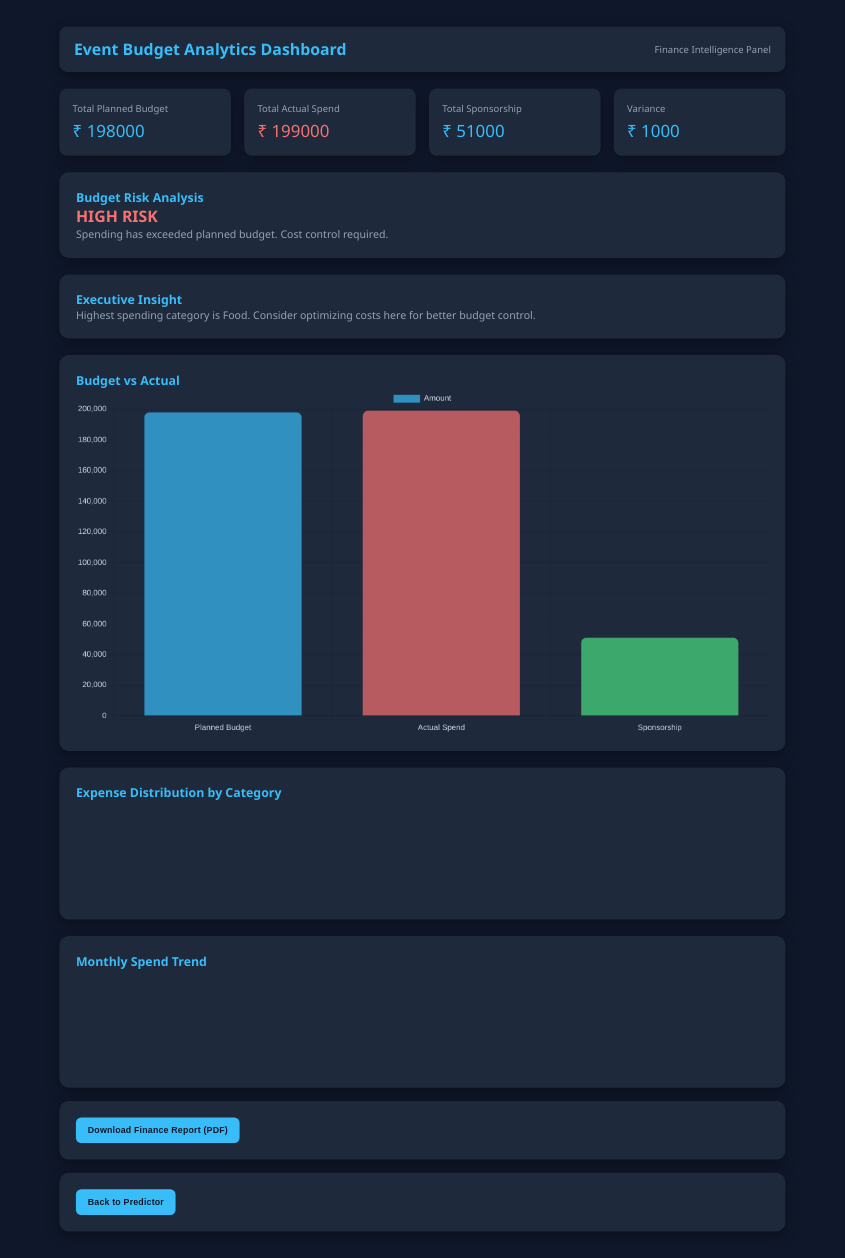
Repository: PratapOP/event-budget-analytics
Page: http://localhost/dashboard
The author's editor kept a copy of each file at every save. The page is drawn from the files as they stood at one save, then again after the next save.
The browser window is 1280 px wide. The pictures show the whole page, at 66% of full size.
The page is served by the project's application, run on Flask 3 (app.py).

Above is the page before, as saved 2026-02-21 05:19:00.
Console error: ReferenceError: categoryLabels is not defined

### data/event_data.csv
Date,Category,Planned,Actual,Sponsorship
2026-01-01,Marketing,15000,18000,5000
2026-01-02,Logistics,12000,10000,0
2026-01-03,Food,20000,22000,3000
2026-01-04,Venue,30000,28000,10000
2026-01-05,Marketing,15000,13000,4000
2026-01-06,Logistics,10000,11000,2000
2026-01-07,Food,22000,25000,5000
2026-01-08,Venue,35000,33000,12000
2026-01-09,Marketing,18000,20000,6000
2026-01-10,Food,21000,19000,4000

### templates/dashboard.html
<!DOCTYPE html>
<html>
<head>
    <title>Event Budget Analytics Dashboard</title>
    <link rel="stylesheet" href="{{ url_for('static', filename='css/style.css') }}">
</head>

<body>

    <div class="container">

        <div class="top-bar">
        <div class="title">Event Budget Analytics Dashboard</div>
        <div class="subtitle">Finance Intelligence Panel</div>
    </div>

    <!-- KPI SECTION -->
    <div class="kpi-grid">

        <div class="kpi-card">
            <div class="kpi-title">Total Planned Budget</div>
            <div class="kpi-value">₹ {{ planned }}</div>
        </div>

        <div class="kpi-card">
            <div class="kpi-title">Total Actual Spend</div>
            <div class="kpi-value" style="color:#f87171;">
            ₹ {{ actual }}
        </div>
        </div>

        <div class="kpi-card">
            <div class="kpi-title">Total Sponsorship</div>
            <div class="kpi-value">₹ {{ sponsorship }}</div>
        </div>

        <div class="kpi-card">
            <div class="kpi-title">Variance</div>
            <div class="kpi-value">₹ {{ variance }}</div>
        </div>

    </div>

    <!-- RISK PANEL -->
    <div class="card" style="margin-top:25px;">
        <h3 style="color:#38bdf8;">Budget Risk Analysis</h3>
        <h2 style="color: {{ risk_color }};">{{ risk_status }}</h2>
        <p style="color:#94a3b8;">{{ insight }}</p>
    </div>

    <!-- EXECUTIVE INSIGHT -->
    <div class="card" style="margin-top:25px;">
        <h3 style="color:#38bdf8;">Executive Insight</h3>
        <p style="color:#94a3b8;">{{ executive_insight }}</p>
    </div>

    <!-- BAR CHART -->
    <div class="card" style="margin-top:25px;">
        <h3 style="color:#38bdf8;">Budget vs Actual</h3>
        <canvas id="budgetChart"></canvas>
    </div>

    <!-- PIE CHART -->
    <div class="card" style="margin-top:25px;">
        <h3 style="color:#38bdf8;">Expense Distribution by Category</h3>
        <canvas id="categoryChart"></canvas>
    </div>

    <!-- TREND CHART -->
    <div class="card" style="margin-top:25px;">
        <h3 style="color:#38bdf8;">Monthly Spend Trend</h3>
        <canvas id="trendChart"></canvas>
    </div>

    <div class="card">
        <a href="/download-report">
            <button>Download Finance Report (PDF)</button>
        </a>
    </div>

    <div class="card">
        <a href="/"><button>Back to Predictor</button></a>
    </div>

</div>

<script src="https://cdn.jsdelivr.net/npm/chart.js"></script>
<script src="{{ url_for('static', filename='js/dashboard.js') }}"></script>

<script>
const categoryLabels = {{ category_labels | tojson }};
const categoryValues = {{ category_values | tojson }};
const monthLabels = {{ month_labels | tojson }};
const monthValues = {{ month_values | tojson }};
</script>

</body>
</html>

### app.py
from flask import Flask, render_template, request, jsonify
import pandas as pd
import pickle
from flask import send_file
from reportlab.pdfgen import canvas
import io

app = Flask(__name__)

# Load trained ML model
model = pickle.load(open("model/budget_model.pkl", "rb"))


# ===============================
# HOME PAGE
# ===============================
@app.route("/")
def index():
    return render_template("index.html")


# ===============================
# DASHBOARD PAGE
# ===============================
@app.route("/dashboard")
def dashboard():

    # Load finance data
    df = pd.read_csv("data/event_data.csv")

    # Convert date column
    df["Date"] = pd.to_datetime(df["Date"])

    # ===============================
    # CATEGORY ANALYSIS
    # ===============================
    category_summary = df.groupby("Category")["Actual"].sum()

    category_labels = category_summary.index.tolist()
    category_values = category_summary.values.tolist()

    # ===============================
    # MONTHLY TREND ANALYSIS
    # ===============================
    df["Month"] = df["Date"].dt.strftime("%b")

    monthly_summary = df.groupby("Month")["Actual"].sum()

    month_labels = monthly_summary.index.tolist()
    month_values = monthly_summary.values.tolist()

    # ===============================
    # KPI CALCULATIONS
    # ===============================
    total_planned = df["Planned"].sum()
    total_actual = df["Actual"].sum()
    total_sponsorship = df["Sponsorship"].sum()

    variance = total_actual - total_planned

    # ===============================
    # RISK ANALYSIS
    # ===============================
    if variance > 0:
        risk_status = "HIGH RISK"
        risk_color = "#f87171"
        insight = "Spending has exceeded planned budget. Cost control required."
    else:
        risk_status = "SAFE"
        risk_color = "#4ade80"
        insight = "Spending is within planned limits. Budget is under control."

    # ===============================
    # EXECUTIVE INSIGHT
    # ===============================
    top_category = category_summary.idxmax()

    executive_insight = (
        f"Highest spending category is {top_category}. "
        f"Consider optimizing costs here for better budget control."
    )

    # ===============================
    # RENDER DASHBOARD
    # ===============================
    return render_template(
        "dashboard.html",
        planned=total_planned,
        actual=total_actual,
        sponsorship=total_sponsorship,
        variance=variance,
        risk_status=risk_status,
        risk_color=risk_color,
        insight=insight,
        category_labels=category_labels,
        category_values=category_values,
        month_labels=month_labels,
        month_values=month_values,
        executive_insight=executive_insight
    )
# ===============================
# DOWNLOAD FINANCE REPORT (PDF)
# ===============================
@app.route("/download-report")
def download_report():

    df = pd.read_csv("data/event_data.csv")

    total_planned = df["Planned"].sum()
    total_actual = df["Actual"].sum()
    total_sponsorship = df["Sponsorship"].sum()
    variance = total_actual - total_planned

    category_summary = df.groupby("Category")["Actual"].sum()
    top_category = category_summary.idxmax()

    # Create PDF in memory
    buffer = io.BytesIO()
    p = canvas.Canvas(buffer)

    # Title
    p.setFont("Helvetica-Bold", 16)
    p.drawString(50, 800, "Event Budget Analytics Report")

    p.setFont("Helvetica", 12)

    y = 760
    p.drawString(50, y, f"Total Planned Budget: ₹ {total_planned}")
    y -= 25
    p.drawString(50, y, f"Total Actual Spend: ₹ {total_actual}")
    y -= 25
    p.drawString(50, y, f"Total Sponsorship: ₹ {total_sponsorship}")
    y -= 25
    p.drawString(50, y, f"Variance: ₹ {variance}")
    y -= 35

    if variance > 0:
        risk = "HIGH RISK"
    else:
        risk = "SAFE"

    p.drawString(50, y, f"Risk Status: {risk}")
    y -= 25

    p.drawString(
        50,
        y,
        f"Executive Insight: Highest spending category is {top_category}"
    )

    p.showPage()
    p.save()

    buffer.seek(0)

    return send_file(
        buffer,
        as_attachment=True,
        download_name="finance_report.pdf",
        mimetype="application/pdf"
    )

# ===============================
# ML PREDICTION API
# ===============================
@app.route("/predict", methods=["POST"])
def predict():

    data = request.json

    planned = float(data["planned"])
    actual = float(data["actual"])
    sponsorship = float(data["sponsorship"])

    prediction = model.predict([[planned, actual, sponsorship]])

    return jsonify({
        "over_budget": int(prediction[0])
    })


# ===============================
# RUN APP
# ===============================
if __name__ == "__main__":
    app.run(debug=True)

### static/css/style.css
/* ===== GLOBAL STYLES ===== */

* {
    margin: 0;
    padding: 0;
    box-sizing: border-box;
}

body {
    font-family: "Segoe UI", sans-serif;
    background: #0f172a;
    color: #e2e8f0;
    min-height: 100vh;
}

/* ===== MAIN CONTAINER ===== */

.container {
    width: 90%;
    max-width: 1100px;
    margin: 40px auto;
}

/* ===== HEADER ===== */

h1 {
    font-size: 2rem;
    margin-bottom: 20px;
    color: #38bdf8;
}

/* ===== CARD STYLE ===== */

.card {
    background: #1e293b;
    padding: 25px;
    border-radius: 14px;
    box-shadow: 0 6px 20px rgba(0,0,0,0.35);
    margin-bottom: 20px;
    transition: transform 0.25s ease;
}

.card:hover {
    transform: translateY(-4px);
}

/* ===== INPUTS ===== */

input {
    width: 100%;
    padding: 12px;
    margin: 10px 0;
    border: none;
    border-radius: 8px;
    background: #334155;
    color: white;
    font-size: 15px;
}

input:focus {
    outline: 2px solid #38bdf8;
}

/* ===== BUTTONS ===== */

button {
    background: #38bdf8;
    color: #0f172a;
    border: none;
    padding: 12px 18px;
    border-radius: 8px;
    font-weight: bold;
    cursor: pointer;
    transition: all 0.25s ease;
}

button:hover {
    background: #0ea5e9;
    transform: scale(1.03);
}

/* ===== RESULT TEXT ===== */

#result {
    margin-top: 15px;
    font-size: 1.1rem;
    font-weight: bold;
}

/* ===== KPI GRID (FOR DASHBOARD LATER) ===== */

.kpi-grid {
    display: grid;
    grid-template-columns: repeat(auto-fit, minmax(220px, 1fr));
    gap: 20px;
}

.kpi-card {
    background: #1e293b;
    padding: 20px;
    border-radius: 12px;
    box-shadow: 0 6px 18px rgba(0,0,0,0.3);
}

.kpi-title {
    font-size: 0.9rem;
    color: #94a3b8;
}

.kpi-value {
    font-size: 1.6rem;
    margin-top: 8px;
    color: #38bdf8;
}

/* ===== SMOOTH PAGE FADE ===== */

body {
    animation: fadeIn 0.6s ease-in;
}

@keyframes fadeIn {
    from {
        opacity: 0;
        transform: translateY(8px);
    }
    to {
        opacity: 1;
        transform: translateY(0);
    }
}

/* ===== KPI ADVANCED EFFECT ===== */

.kpi-card {
    position: relative;
    overflow: hidden;
    transition: all 0.25s ease;
}

.kpi-card::before {
    content: "";
    position: absolute;
    top: 0;
    left: -100%;
    width: 100%;
    height: 3px;
    background: #38bdf8;
    transition: left 0.35s ease;
}

.kpi-card:hover::before {
    left: 0;
}

.kpi-card:hover {
    transform: translateY(-6px);
    box-shadow: 0 10px 24px rgba(0,0,0,0.45);
}

/* ===== BUTTON POLISH ===== */

button {
    letter-spacing: 0.3px;
}

/* ===== RESULT ANIMATION ===== */

#result {
    transition: all 0.25s ease;
}

/* ===== EXECUTIVE HEADER ===== */

.top-bar {
    display: flex;
    justify-content: space-between;
    align-items: center;
    margin-bottom: 25px;
    padding: 18px 22px;
    background: #1e293b;
    border-radius: 12px;
    box-shadow: 0 6px 18px rgba(0,0,0,0.35);
}

.title {
    font-size: 1.5rem;
    font-weight: 700;
    color: #38bdf8;
}

.subtitle {
    font-size: 0.9rem;
    color: #94a3b8;
}

### static/js/dashboard.js
// ===============================
// BUDGET VS ACTUAL BAR CHART
// ===============================
const budgetCtx = document.getElementById("budgetChart");

new Chart(budgetCtx, {
    type: "bar",
    data: {
        labels: ["Planned Budget", "Actual Spend", "Sponsorship"],
        datasets: [{
            label: "Amount",
            data: [
                parseFloat(document.querySelectorAll(".kpi-value")[0].innerText.replace("₹","")),
                parseFloat(document.querySelectorAll(".kpi-value")[1].innerText.replace("₹","")),
                parseFloat(document.querySelectorAll(".kpi-value")[2].innerText.replace("₹",""))
            ],
            backgroundColor: [
                "rgba(56,189,248,0.7)",
                "rgba(248,113,113,0.7)",
                "rgba(74,222,128,0.7)"
            ],
            borderRadius: 8
        }]
    },
    options: {
        plugins: {
            legend: {
                labels: { color: "#e2e8f0" }
            }
        },
        scales: {
            x: { ticks: { color: "#cbd5e1" } },
            y: { ticks: { color: "#cbd5e1" } }
        }
    }
});


// ===============================
// CATEGORY PIE CHART
// ===============================
const categoryCtx = document.getElementById("categoryChart");

new Chart(categoryCtx, {
    type: "pie",
    data: {
        labels: categoryLabels,
        datasets: [{
            data: categoryValues,
            backgroundColor: [
                "#38bdf8",
                "#f87171",
                "#4ade80",
                "#fbbf24",
                "#a78bfa",
                "#fb7185"
            ]
        }]
    },
    options: {
        plugins: {
            legend: {
                labels: { color: "#e2e8f0" }
            }
        }
    }
});


// ===============================
// MONTHLY TREND LINE CHART
// ===============================
const trendCtx = document.getElementById("trendChart");

new Chart(trendCtx, {
    type: "line",
    data: {
        labels: monthLabels,
        datasets: [{
            label: "Monthly Spend",
            data: monthValues,
            borderColor: "#38bdf8",
            backgroundColor: "rgba(56,189,248,0.2)",
            fill: true,
            tension: 0.3
        }]
    },
    options: {
        plugins: {
            legend: {
                labels: { color: "#e2e8f0" }
            }
        },
        scales: {
            x: { ticks: { color: "#cbd5e1" } },
            y: { ticks: { color: "#cbd5e1" } }
        }
    }
});

After the next save:
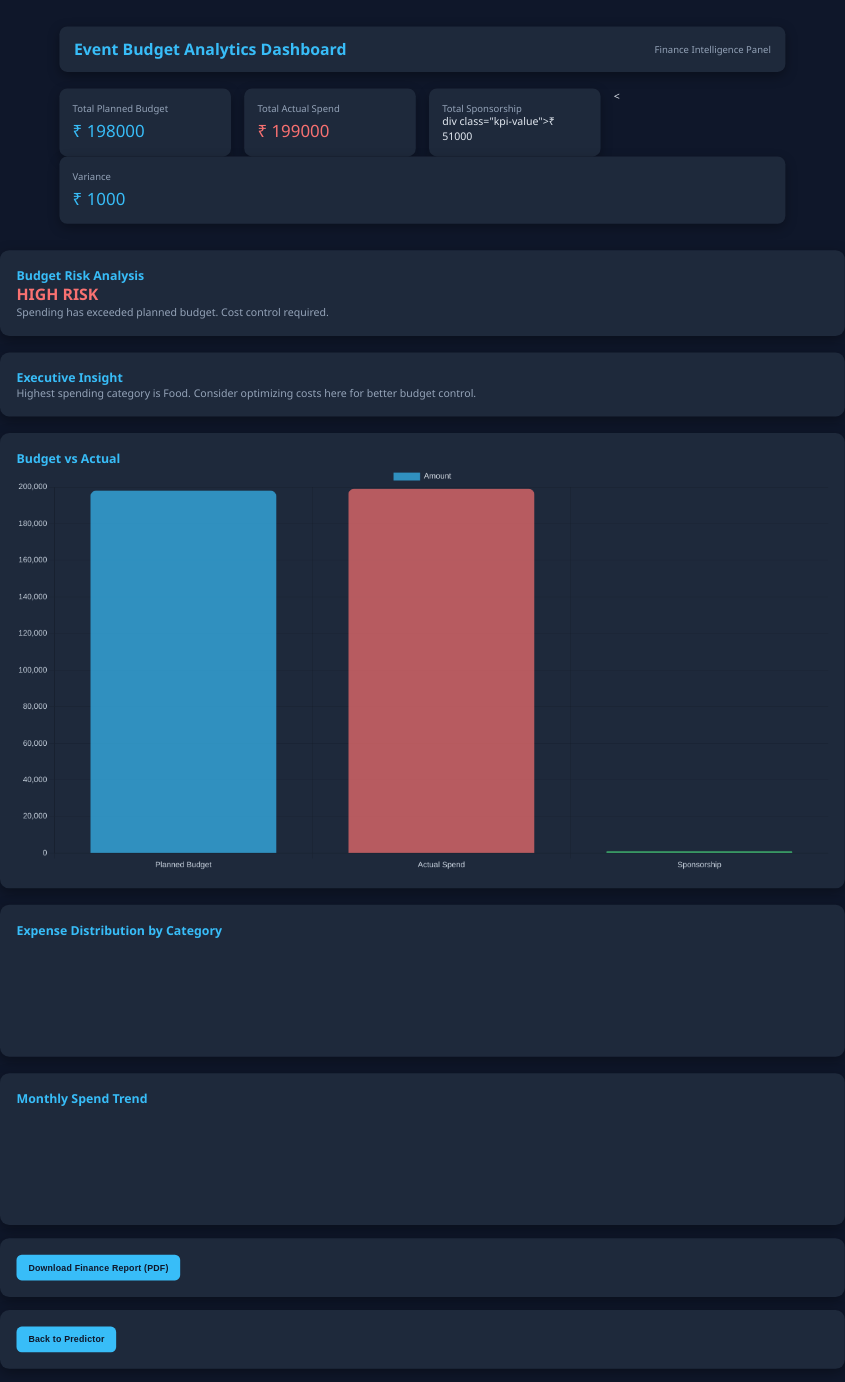
Saved 8 s later.
--- a/templates/dashboard.html
+++ b/templates/dashboard.html
@@ -31,7 +31,7 @@
 
         <div class="kpi-card">
             <div class="kpi-title">Total Sponsorship</div>
-            <div class="kpi-value">₹ {{ sponsorship }}</div>
+            div class="kpi-value">₹ {{ sponsorship }}</div><
         </div>
 
         <div class="kpi-card">

After the 2 saves that followed:
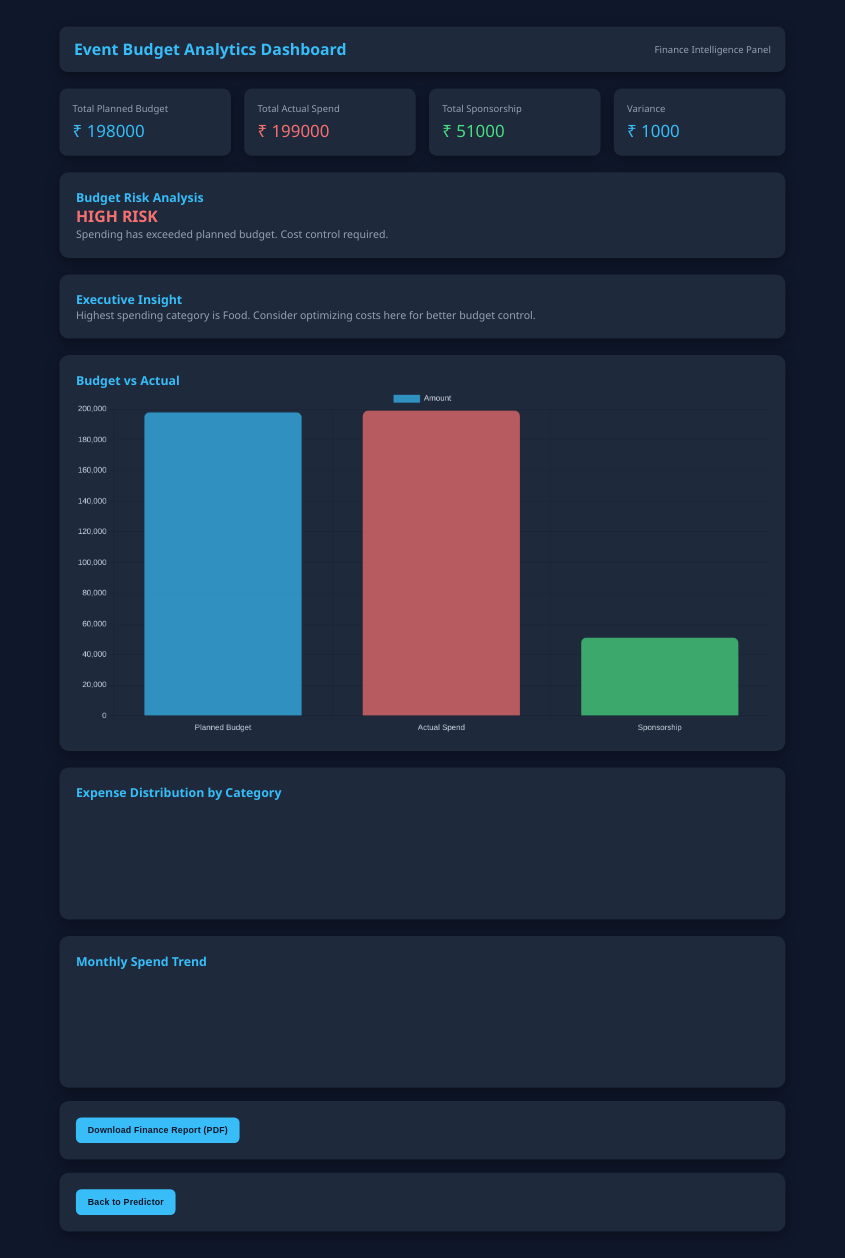
The 2 saves are shown as one change because they came seconds apart.
The last was saved 5 s later.
--- a/templates/dashboard.html
+++ b/templates/dashboard.html
@@ -31,7 +31,9 @@
 
         <div class="kpi-card">
             <div class="kpi-title">Total Sponsorship</div>
-            div class="kpi-value">₹ {{ sponsorship }}</div><
+            <div class="kpi-value" style="color:#4ade80;">
+₹ {{ sponsorship }}
+</div>
         </div>
 
         <div class="kpi-card">
